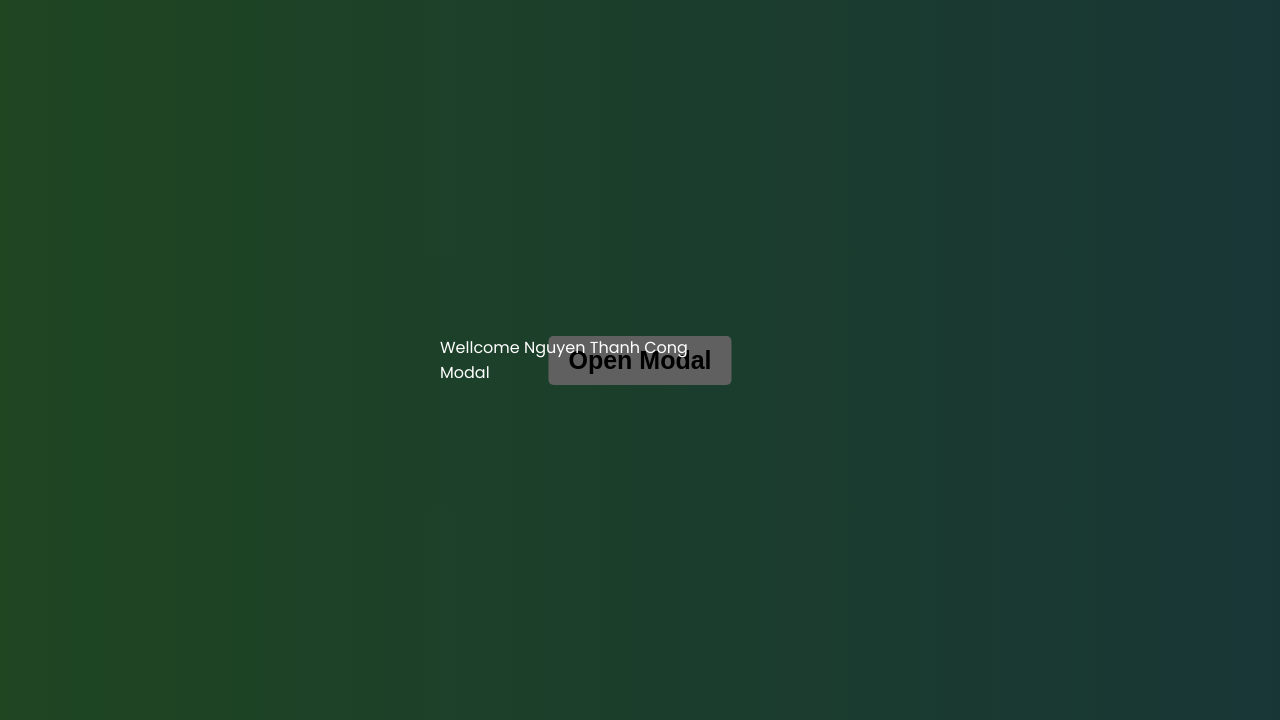
Repository: congnt98/Lean-javascript-in-project
Page: 30Days/3_Modal/index.html
These files come from the project's save history. The page is drawn as it stood at one moment and after the next save; the edit follows.
The browser window is 1280 px wide. The pictures show the whole page.

Above is the page before, as saved 2024-02-18 20:17:06.

### 30Days/3_Modal/index.html
<!DOCTYPE html>
<html lang="en">

<head>
    <meta charset="UTF-8">
    <meta name="viewport" content="width=device-width, initial-scale=1.0">
    <title>Product Card</title>
    <link rel="stylesheet" href="./style.css">
    <link href='https://unpkg.com/boxicons@2.1.4/css/boxicons.min.css' rel='stylesheet'>
    <link
        href="https://fonts.googleapis.com/css2?family=Poppins:ital,wght@0,100;0,200;0,300;0,400;0,500;0,600;0,700;0,800;0,900;1,100;1,200;1,300;1,400;1,500;1,600;1,700;1,800;1,900&display=swap"
        rel="stylesheet">
    <link rel="stylesheet" href="https://cdnjs.cloudflare.com/ajax/libs/font-awesome/6.5.1/css/all.min.css">
</head>

<body>
    <div class="warapper">
        <button class="btn-modal-open">
            Open Modal
        </button>
        <div class="modal">
            <div class="modal__inner">
                <div class="modal__header">Wellcome Nguyen Thanh Cong</div>
                <div class="modal__body">
                    <div class="title">Modal</div>
                </div>
                <div class="modal__footer"></div>
            </div>
        </div>
    </div>
    <script src="./app.js"></script>
</body>

</html>

### 30Days/3_Modal/style.css
:root {
    --primary-color: #f2726a;
}

* {
    margin: 0;
    padding: 0;
    box-sizing: border-box;
}

body {
    min-height: 100vh;
    background: linear-gradient(to right, #4daf54, #3d8888);
    display: flex;
    justify-content: center;
    align-items: center;
    font-family: "poppins";
}

.warapper {
    max-width: 1200px;
    margin: 0 auto;
    width: 100%;
}

.btn-modal-open {
    display: inline-block;
    position: relative;
    left: 50%;
    transform: translateX(-50%);
    padding: 10px 20px;
    border-radius: 5px;
    outline: none;
    border: none;
    font-size: 25px;
    font-weight: 700;
}

.modal {
    position: fixed;
    top: 0;
    right: 0;
    bottom: 0;
    left: 0;
    background-color: rgb(0, 0, 0, 0.6);
}

.modal__inner {
    width: 400px;
    position: relative;
    overflow: hidden;
    top: 50%;
    left: 50%;
    transform: translate(-50%, -50%);
    color: #fff;
    z-index: 1111;
}

.modal__header {}

.modal__body {}

.modal__footer {}

Loaded but not shown: 30Days/3_Modal/app.js (no copy from this time; the picture is the same without it)

After the next save:
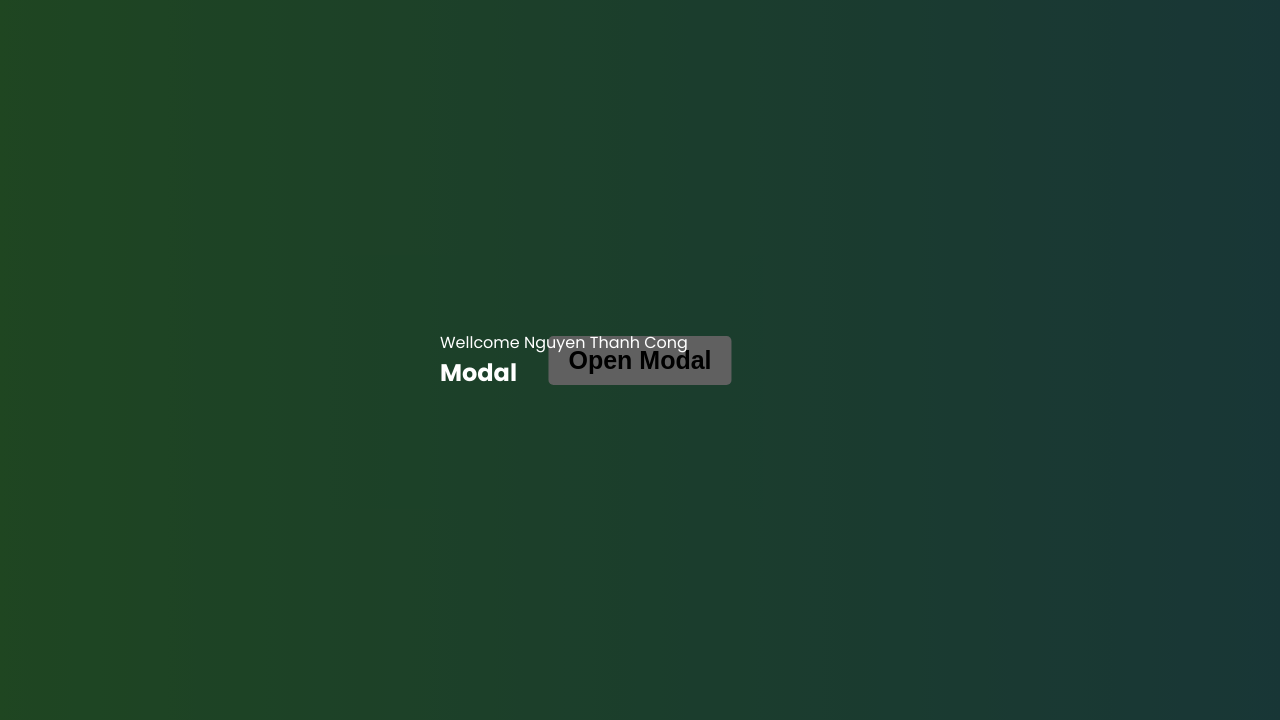
Saved 4 s later.
--- a/30Days/3_Modal/index.html
+++ b/30Days/3_Modal/index.html
@@ -22,7 +22,7 @@
             <div class="modal__inner">
                 <div class="modal__header">Wellcome Nguyen Thanh Cong</div>
                 <div class="modal__body">
-                    <div class="title">Modal</div>
+                    <h2 class="title">Modal</h2>
                 </div>
                 <div class="modal__footer"></div>
             </div>
